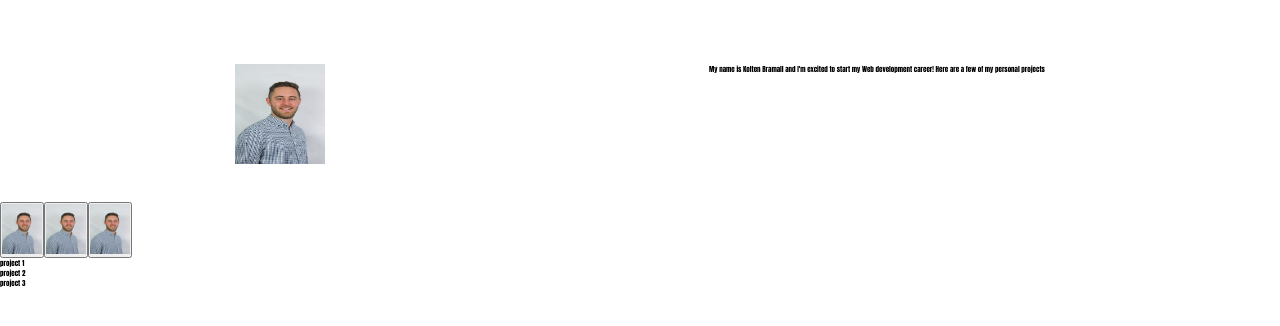
Repository: Kobramall/portfolio-project
Page: /portfolio
An editor plug-in stored every save of this project. The page is shown before and after the next save, followed by the edit.
The browser window is 1280 px wide. The pictures show the whole page.
The project was rebuilt for these pictures with package versions that can differ from the ones it lists, and the page was loaded fresh each time. Also part of the build but not shown: src/App.css, src/componets/Main.jsx. Imported but missing from the stored project, and not drawn on this page: src/assets/Landscape.mov.

Above is the page before, as saved 2022-11-01 15:26:20.

After the next save:
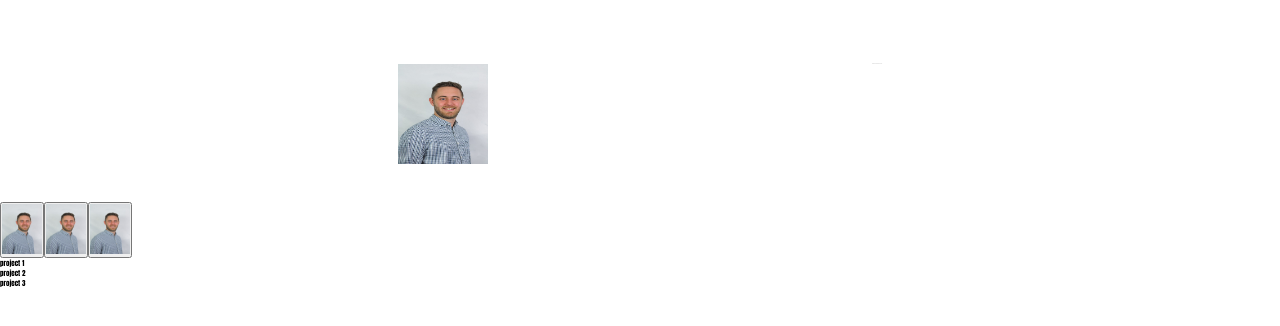
Saved 16 s later.
--- a/src/Portfolio.css
+++ b/src/Portfolio.css
@@ -13,3 +13,7 @@
   .intro img{
     margin-right: 30%;
   }
+
+  .intro p{
+    font-size: 3%;
+  }

After the save that followed:
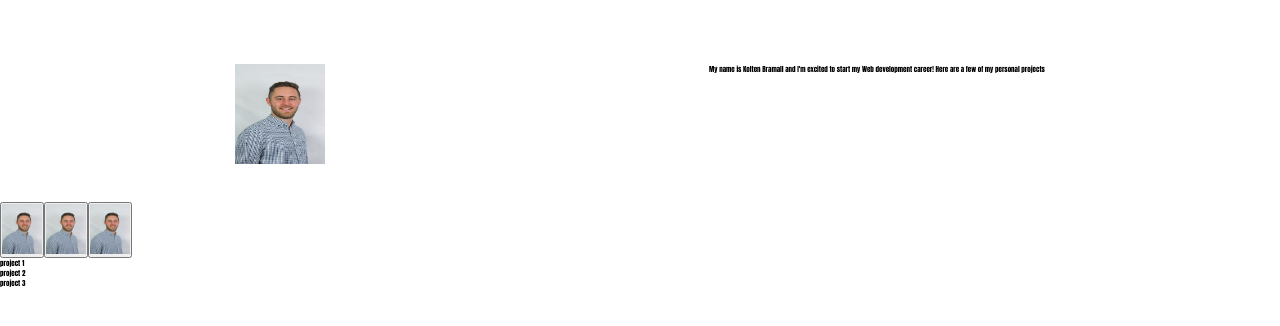
Saved 7 s later.
--- a/src/Portfolio.css
+++ b/src/Portfolio.css
@@ -15,5 +15,5 @@
   }
 
   .intro p{
-    font-size: 3%;
+    font-size: 100%;
   }
